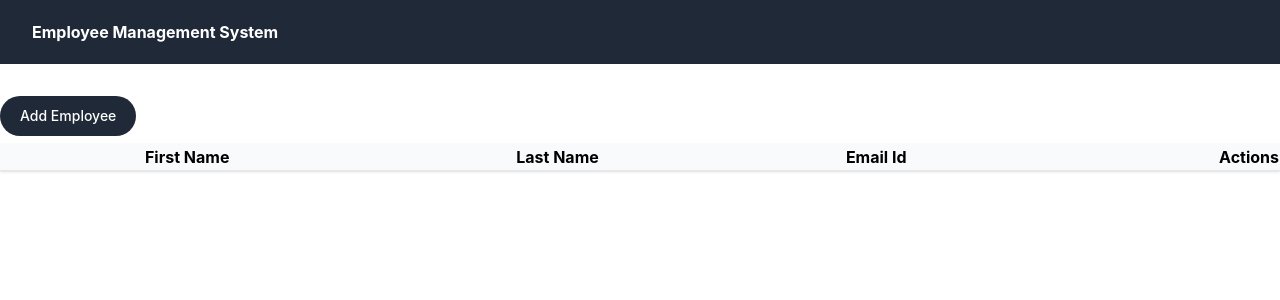
Repository: Atanu484/Full-Stack-Employee-Management-System
Page: / (app in employee-system-frontend/)
These files come from the project's save history. The page is drawn as it stood at one moment and after the next save; the edit follows.
The browser window is 1280 px wide. The pictures show the whole page.
The project was rebuilt for these pictures with package versions that can differ from the ones it lists, and the page was loaded fresh each time. Also part of the build but not shown: employee-system-frontend/src/App.css, employee-system-frontend/src/services/EmployeeService.js, employee-system-frontend/src/components/AddEmployee.js.

Above is the page before, as saved 2022-08-15 04:36:13.

### employee-system-frontend/src/App.js

import { BrowserRouter, Routes, Route } from 'react-router-dom';
import './App.css';
import AddEmployee from './components/AddEmployee';
import EmployeeList from './components/EmployeeList';
import NavBar from './components/NavBar';

function App() {
  return (
    <>
      <BrowserRouter>
        <NavBar />
        <Routes>
          <Route path="/" element={<EmployeeList />}></Route>
          <Route path="/employeeList" element={<EmployeeList />}></Route>
          <Route path="/addEmployee" element={<AddEmployee />}></Route>
        </Routes>
      </BrowserRouter>
    </>
  );
}

export default App;

### employee-system-frontend/src/components/EmployeeList.js

import React from 'react';
const EmployeeList = () => {
    return (
        <div className="container mx-auto my-8">
            <div className="h-12">
                <button type="button" class="text-white bg-gray-800 hover:bg-gray-900 focus:outline-none focus:ring-4 focus:ring-gray-300 font-medium rounded-full text-sm px-5 py-2.5 mr-2 mb-2 dark:bg-gray-800 dark:hover:bg-gray-700 dark:focus:ring-gray-700 dark:border-gray-700">Add Employee</button>
            </div>
            <div className="flex shadow border-b">
                <table className="min-w-full">
                    <thead className="bg-gray-50">
                        <tr>
                            <th>First Name</th>
                            <th>Last Name</th>
                            <th>Email Id</th>
                            <th className="text-right">Actions</th>
                        </tr>
                    </thead>
                </table>
            </div>
        </div>
    );
};

export default EmployeeList;

### employee-system-frontend/src/components/NavBar.js
import React from "react";

const Navbar = () => {
    return (
        <div className="bg-gray-800">
            <div className="h-16 px-8 flex items-center">
                <p className="text-white font-bold">Employee Management System</p>
            </div>
        </div>
    );
};

export default Navbar;

Loaded but not shown: employee-system-frontend/public/index.html (common file); employee-system-frontend/src/index.js (common file); employee-system-frontend/src/index.css (common file); employee-system-frontend/tailwind.config.js (common file)

After the next save:
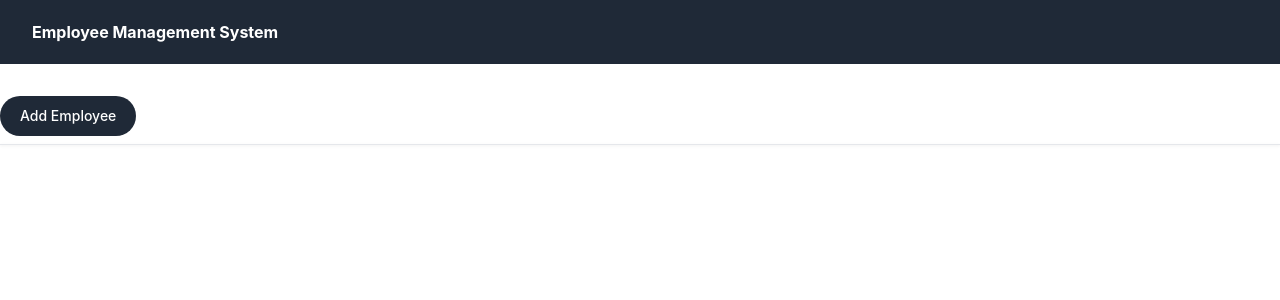
Saved 19 s later.
--- a/employee-system-frontend/src/components/EmployeeList.js
+++ b/employee-system-frontend/src/components/EmployeeList.js
@@ -10,10 +10,7 @@
                 <table className="min-w-full">
                     <thead className="bg-gray-50">
                         <tr>
-                            <th>First Name</th>
-                            <th>Last Name</th>
-                            <th>Email Id</th>
-                            <th className="text-right">Actions</th>
+
                         </tr>
                     </thead>
                 </table>

After the save that followed:
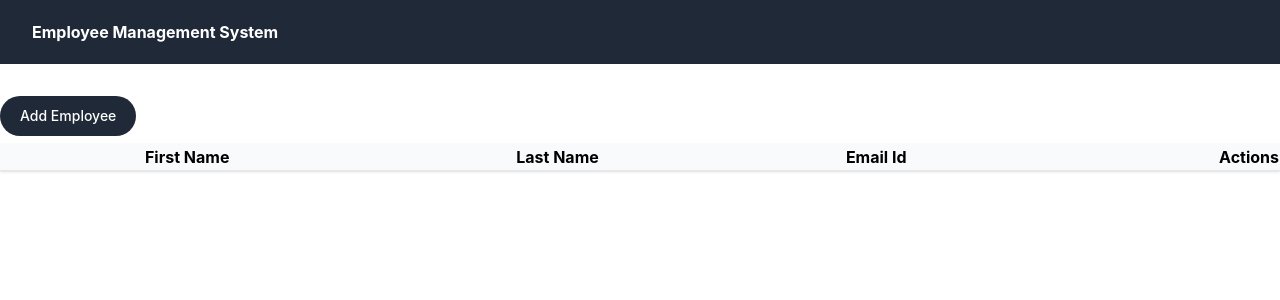
Saved 9 s later.
--- a/employee-system-frontend/src/components/EmployeeList.js
+++ b/employee-system-frontend/src/components/EmployeeList.js
@@ -10,7 +10,10 @@
                 <table className="min-w-full">
                     <thead className="bg-gray-50">
                         <tr>
-
+                            <th>First Name</th>
+                            <th>Last Name</th>
+                            <th>Email Id</th>
+                            <th className="text-right">Actions</th>
                         </tr>
                     </thead>
                 </table>
